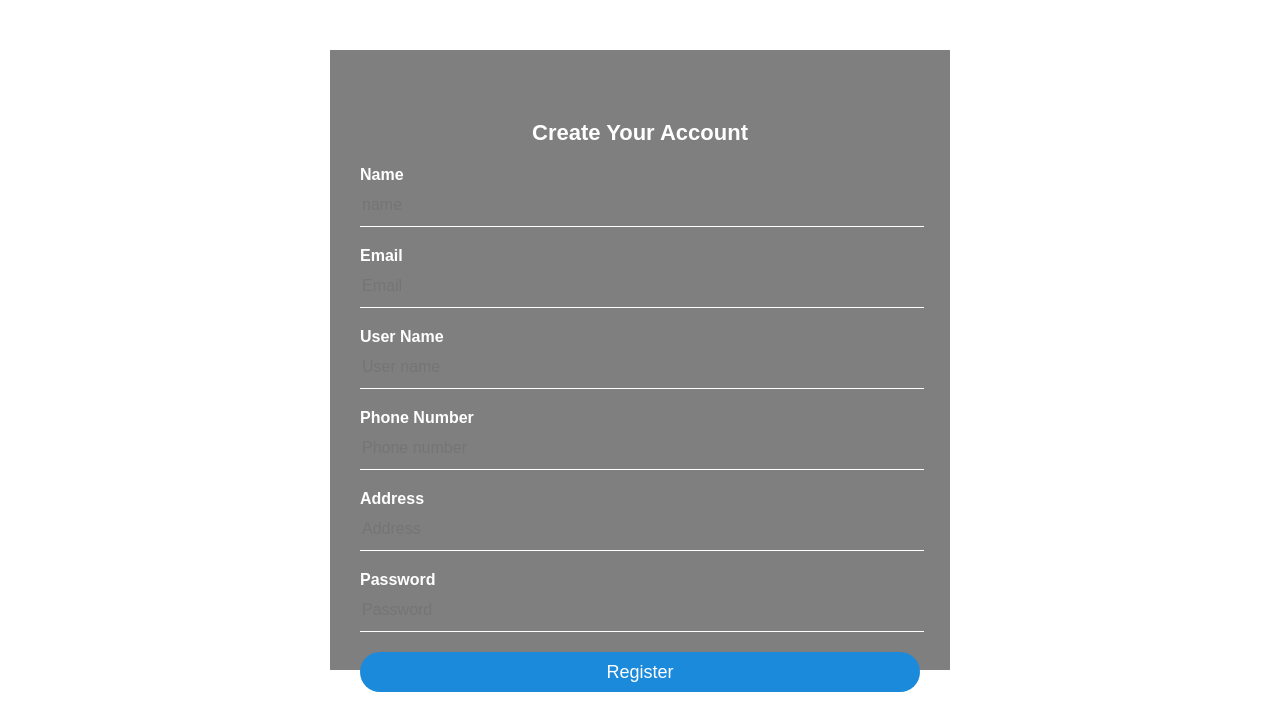
Repository: GamithaManawadu/RentJet-Online-Vehicle-Rental-System
Page: http://localhost/CustomerRegistration/customerinsert.jsp
An editor plug-in stored every save of this project. The page is shown before and after the next save, followed by the edit.
The browser window is 1280 px wide. The pictures show the whole page.
The page is served by Tomcat 9.

Above is the page before, as saved 2020-05-12 11:12:25.

After the next save:
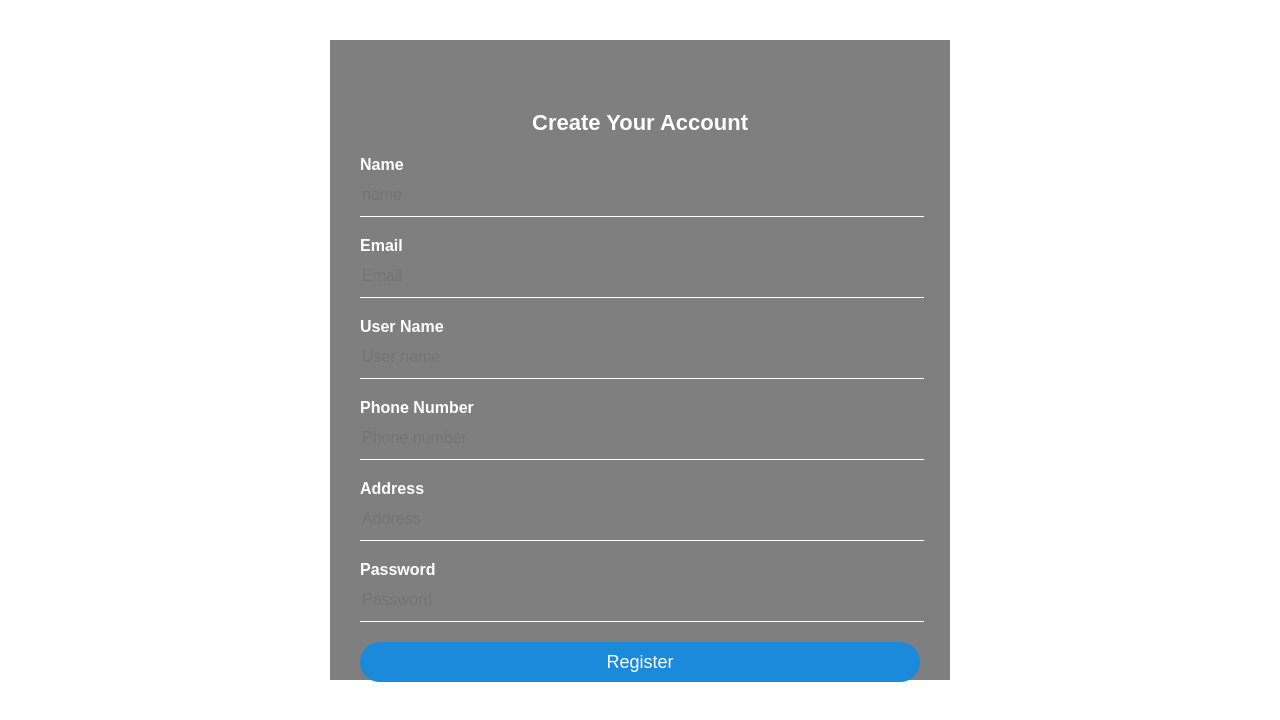
Saved 9 s later.
--- a/CustomerRegistration/WebContent/register.css
+++ b/CustomerRegistration/WebContent/register.css
@@ -9,7 +9,7 @@
 }
 .register-box{
     width: 620px;
-    height: 620px;
+    height: 640px;
     background: rgba(0, 0, 0, 0.5);
     color: #fff;
     top: 50%;
